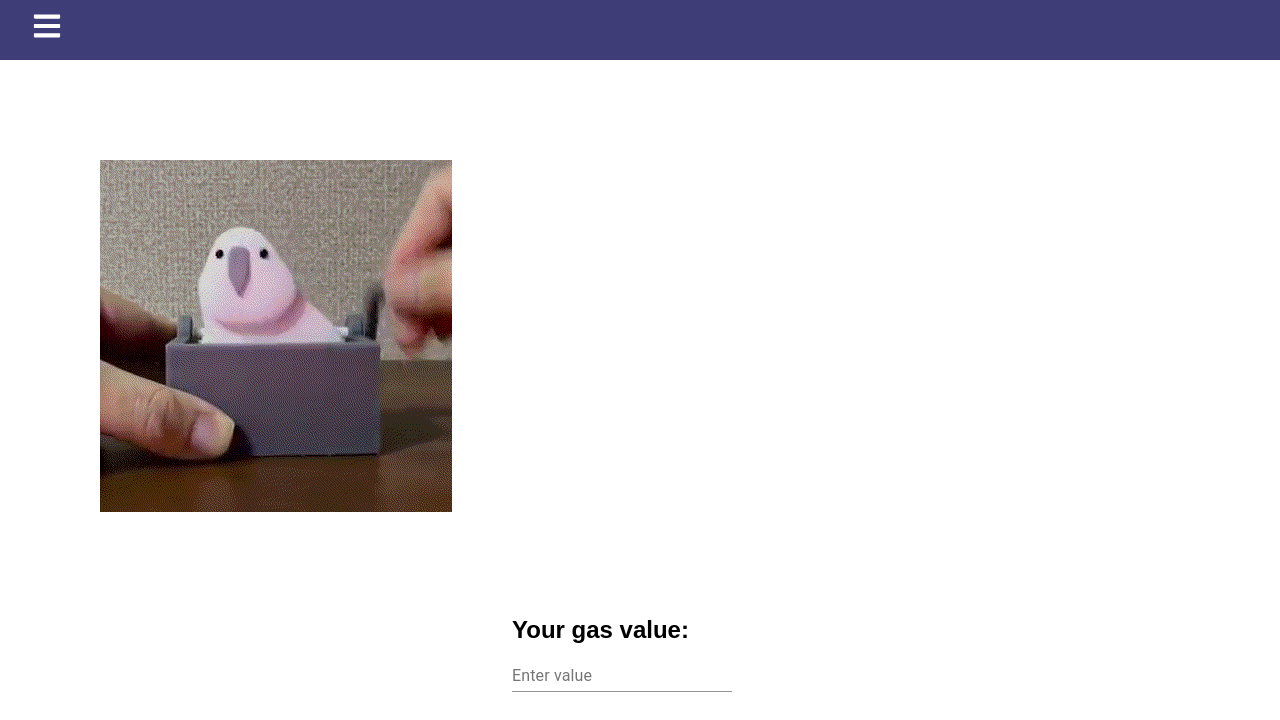
Repository: dcutalo/GasPal
Page: / (app in client/)
These files come from the project's save history. The page is drawn as it stood at one moment and after the next save; the edit follows.
The browser window is 1280 px wide. The pictures show the whole page.
Some web fonts or font styles are not loaded; a fallback is used. The project was rebuilt for these pictures with package versions that can differ from the ones it lists, and the page was loaded fresh each time. Also part of the build but not shown: client/src/pages/triphistory.js, client/src/pages/gasefficiencyreports.js, client/src/pages/userprofile.js.

Above is the page before, as saved 2021-10-08 09:58:34.

### client/src/App.js
import React from 'react';
import './App.css';
import Sidebar from './components/Sidebar';
import { BrowserRouter as Router, Switch, Route} from 'react-router-dom';
import Home from './pages/home';
import TripHistory from './pages/triphistory';
import Reports from './pages/gasefficiencyreports';
import UserProfile from './pages/userprofile';


function App() {
  return (
    <Router>
      <Sidebar />
      <Switch>
        <Route path = '/' exact component={Home}/>
        <Route path = '/triphistory' component={TripHistory}/>
        <Route path = '/gasefficiencyreports' component={Reports}/>
        <Route path = '/userprofile' component={UserProfile}/>
      </Switch>
    </Router>
  );
}

export default App;

### client/src/App.css
@import url(https://fonts.googleapis.com/css2?family=Gluten&display=swap);

* {
  box-sizing: border-box;
  margin: 0;
  padding: 0;
  font-family: 'Latp', sans-serif;
}

.home, .gasefficiencyreports, .triphistory, .userprofile {
  display: flex;
  height: 90vh;
  align-items: center;
  justify-content: center;
  font-size: 3rem;
}

### client/src/components/Sidebar.js
import React, {useState} from 'react'
import * as FaIcons from "react-icons/fa";
import * as AiIcons from "react-icons/ai";
import { Link } from 'react-router-dom';
import { SidebarData } from './Sidebardata';
import './Sidebar.css';
import { IconContext } from 'react-icons'

function Sidebar() {
    const [sidebar, setSidebar] = useState(false)

    const showSidebar = () => setSidebar(!sidebar)

    return (
        <>
        <IconContext.Provider value={{size: '30px', className:"icons"}}>
            <div className ="sidebar">
                <Link to="#" className='menu-bars'>
                    <FaIcons.FaBars onClick={showSidebar} />
                </Link>
            </div>

            <nav className={sidebar ? 'side-menu active' : 'side-menu'}>
                <ul className='side-menu-items'>
                    <li className="sidebar-toggle">
                        <Link to="#" className='menu-bars' onClick={showSidebar}>
                            <AiIcons.AiOutlineClose />
                        </Link>
                    </li>

                    {SidebarData.map((item,index) => {
                        return (

                            <li key={index} className={item.cName}>
                                <Link to={item.path}>
                                    {item.icon}
                                    <span>{item.title}</span>
                                </Link>
                            </li>

                        );
                    })}

                </ul>
            </nav>

        </IconContext.Provider>
        </>
    )
}

export default Sidebar

### client/src/pages/home.js
import React, { useState } from "react";
import TextField from "@material-ui/core/TextField";
import gif from '../1f8f36ae39d05387.gif';
import '../App.css'

const Home = () => {
  const [a, setName] = useState("");

  return (
    <div>
    <img src={gif} style={{padding: 100, justifyContent: 'center',alignItems: 'center'}}/>

    <div
          style={{ marginLeft: "40%",}}
      >
          <h2>Your gas value:</h2>
          <TextField
              value={a}
              label="Enter value"
              onChange={(e) => {
                  setName(e.target.value);
              } } />
          <h3>{a}</h3>
      </div>
    </div>
  );
};

export default Home;

### client/src/components/Sidebardata.js
import React from 'react'
import * as AiIcons from "react-icons/ai";
import * as CgIcons from "react-icons/cg";
import * as HiIcons from "react-icons/hi";

export const SidebarData = [
    {
        title: 'Home',
        path: '/',
        icon: <AiIcons.AiFillHome />,
        cName: 'side-text'
    },
    {
        title: 'Gas Efficiency Reports',
        path: '/gasefficiencyreports',
        icon: <HiIcons.HiDocumentReport />,
        cName: 'side-text'
    },
    {
        title: 'Trip History',
        path: '/triphistory',
        icon: <AiIcons.AiOutlineHistory />,
        cName: 'side-text'
    },
    {
        title: 'User Profile',
        path: '/userprofile',
        icon: <CgIcons.CgProfile />,
        cName: 'side-text'
    }
]

### client/src/components/Sidebar.css
.sidebar {
    background-color: #3f3d77;
    height: 60px;
    display: flex;
    justify-content: start;
    align-items: center;
}

.menu-bars {
    margin-left: 2rem;
    font-size: 2rem;
    background: none;
    color:rgb(255, 255, 255)
}

.side-menu {
    background-color: #3f3d77;
    width: 300px;
    height: 120vh;
    display: flex;
    justify-content: center;
    position: fixed;
    top: 0;
    left: -100%;
    transition: 850ms;
}

.side-menu.active {
    left: 0;
    transition: 350ms;
}

.side-text {
    display: flex;
    justify-content: center;
    align-items: center;
    padding: 8px 0px 8px 16px;
    list-style: none;
    height: 60px;
}

.side-text a {
    text-decoration: none;
    color: rgb(255, 255, 255);
    font-size: 18px;
    width: 95%;
    height: 100%;
    display: flex;
    align-items: center;
    border-radius: 4px;
}

.side-text a:hover {
    background-color: #d0a3eb;
    color: black;
}

.side-menu-items {
    width: 100%;
}

.sidebar-toggle {
    background-color: #24234b;
    width: 100%;
    height: 60px;
    display: flex;
    justify-content: start;
    align-items: center;
}

span{
    margin-left: 16px;
}

Loaded but not shown: client/public/index.html (common file); client/src/index.js (common file)

After the next save:
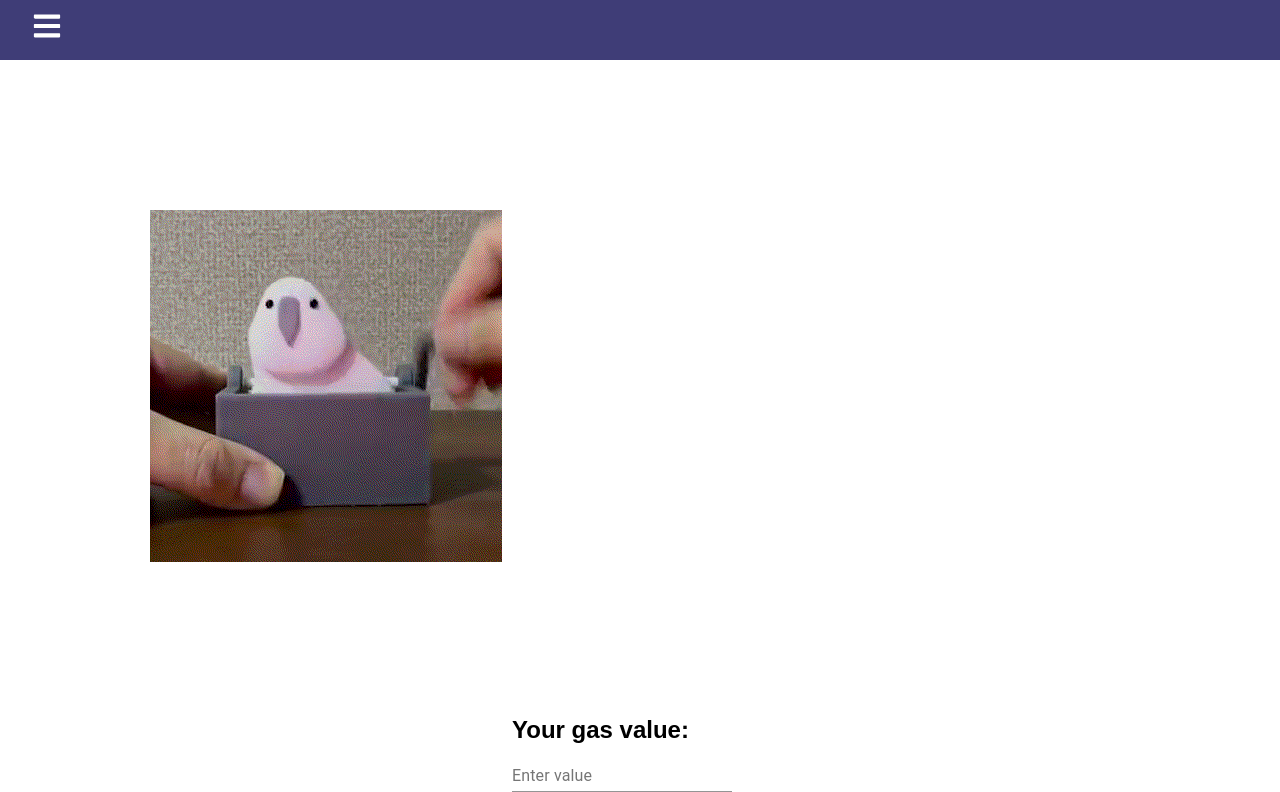
Saved 11 s later.
--- a/client/src/pages/home.js
+++ b/client/src/pages/home.js
@@ -8,7 +8,7 @@ const Home = () => {
 
   return (
     <div>
-    <img src={gif} style={{padding: 100, justifyContent: 'center',alignItems: 'center'}}/>
+    <img src={gif} style={{padding: 150, justifyContent: 'center',alignItems: 'center'}}/>
 
     <div
           style={{ marginLeft: "40%",}}
